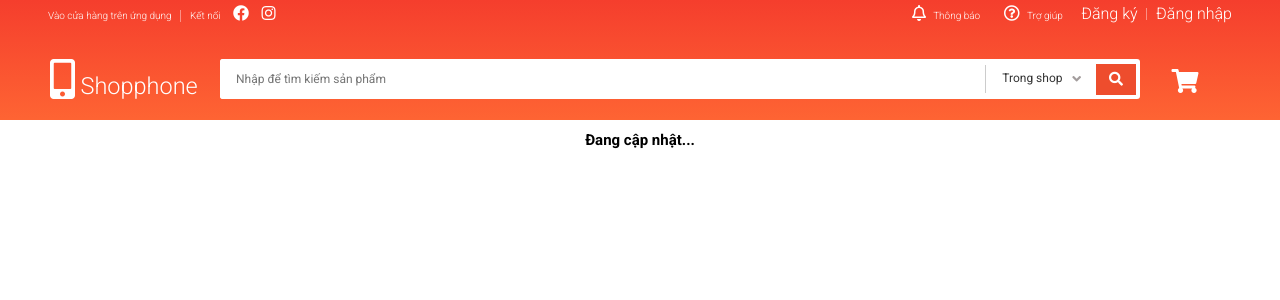
Repository: nguyenvanbinh2909/binhnguyen.github.io
Page: gioithieu.html
An editor plug-in stored every save of this project. The page is shown before and after the next save, followed by the edit.
The browser window is 1280 px wide. The pictures show the whole page.

Above is the page before, as saved 2022-02-23 03:49:08.

### gioithieu.html
<!DOCTYPE html>
<html lang="en">

<head>
    <meta charset="UTF-8">
    <meta http-equiv="X-UA-Compatible" content="IE=edge">
    <meta name="viewport" content="width=device-width, initial-scale=1.0">
    <title>Document</title>
    <link rel="stylesheet" href="https://cdnjs.cloudflare.com/ajax/libs/normalize/8.0.1/normalize.min.css">
    <link href="https://fonts.googleapis.com/css2?family=Roboto:wght@300;400;500;700&display=swap" rel="stylesheet">
    <link rel="stylesheet" href="../fonts/fontawesome-free-5.15.4/fontawesome-free-5.15.4-web/css/all.min.css">
    <link rel="stylesheet" href="../css/base.css">
    <link rel="stylesheet" href="../css/main.css">
</head>
<body>
    <div class="app">
        <header class="header">
            <!--phần đc côi là block-->
            <div class="grid">
                <nav class="header__navbar">
                    <!--phần này đc côi là element đc biểu thị(__)-->
                    <ul class="header__navbar-list">
                        <!--header QR Code-->
                        <li class="header__navbar-item header__navbar-item--has--qr header__navbar-item--separate">
                            Vào cửa hàng trên ứng dụng
                            <div class="header__qr">
                                <img src="img/qacode.png" alt="" class="header__qr-img">
                                <div class="header__qr-apps">
                                    <a href="#" class="header__qr-link">
                                        <img src="img/gooleplay.png" alt=""
                                            class="header__qr-download-img">
                                    </a>
                                    <a href="#" class="header__qr-link">
                                        <img src="img/app.png" alt="App tore" class="header__qr-download-img">
                                    </a>
                                </div>
                            </div>
                        </li>
                        <li class="header__navbar-item">
                            <span class="header__navbar-title--no-pointer">Kết nối</span>
                            <a href="#" class="header__navbar-icon-link">
                                <i class="header__navbar-icon fab fa-facebook"></i>
                            </a>
                            <a href="#" class="header__navbar-icon-link">
                                <i class="header__navbar-icon fab fa-instagram"></i>
                            </a>
                        </li>
                    </ul>
                    <ul class="header__navbar-list">
                        <li class="header__navbar-item header__vavbar-item--has-notify">
                            <a href="#" class="header__navbar-item-link">
                                <i class="header__navbar-icon far fa-bell"></i>
                                Thông báo
                            </a>
                            <div class="header__notify">

                                <header class="header__notify-header">
                                    <!--<h3>Thông báo mới nhận</h3>-->
                                    <h3>Chưa có thông báo mới</h3>
                                </header>
                                <ul class="header__notify-list">
                                    <li class="header__notify-item-img header__notify-item--viewed">
                                        <img src="img/icon__thongbao-trong.png" class="header__notify-list-img">
                                    </li>
                                </ul>
                                <!--<ul class="header__notify-list">
                                    <li class="header__notify-item header__notify-item--viewed">
                                        <a href="#" class="header__notify-link">
                                            <img src="img/iphone-12-pro-max-128G.jpg" alt="" class="header__notify-img">
                                            <div class="header__notify-info">
                                                <span class="header__notify-name">Iphone 12 promax chính hãng</span>
                                                <span class="header__notify-descriotion">Mootar sản phẩm chính
                                                    hãng</span>
                                            </div>
                                        </a>
                                    </li>
                                    <li class="header__notify-item">
                                        <a href="#" class="header__notify-link">
                                            <img src="img/iphone-12-pro-max-trang-128G.jpg" alt=""
                                                class="header__notify-img">
                                            <div class="header__notify-info">
                                                <span class="header__notify-name">Xác thực Iphone 12 promax chính hãng
                                                    của công ty</span>
                                                <span class="header__notify-descriotion">Mô tả sản phẩm chính hãng của
                                                    công ty chúng tôi</span>
                                            </div>
                                        </a>
                                    </li>
                                </ul>
                                <footer class="header__notify-footer">
                                    <a href="#" class="header__notify-footer-btn">
                                        Xem tất cả
                                    </a>
                                </footer>-->
                            </div>
                        </li>
                        <li class="header__navbar-item">
                            <a href="#" class="header__navbar-item-link">
                                <i class="header__navbar-icon far fa-question-circle"></i>
                                Trợ giúp
                            </a>
                        </li>
                            <li class="header__navbar-item header__navbar-item--strong header__navbar-item--separate">
                                <a href="../assets/all_pages/dangky.html"> Đăng ký</a>
                            </li>
                            <li class="header__navbar-item header__navbar-item--strong">
                                <a href="../assets/all_pages/dangnhap.html">Đăng nhập</a>
                            </li>
                        <!--<li class="header__navbar-item header__navbar-user">
                            <i class="header__navbar-user-img fas fa-user-circle"></i>
                            <span class="header__navbar-user-name">Đặng Văn Tốt</span>
                            <ul class="header__navbar-user-menu">
                                <li class="header__navbar-user-item">
                                    <a href="" class="">Tài khoản của tôi</a>
                                </li>
                                <li class="header__navbar-user-item">
                                    <a href="" class="">Địa chỉ của tôi</a>
                                </li>
                                <li class="header__navbar-user-item">
                                    <a href="" class="">Đơn mua</a>
                                </li>
                                <li class="header__navbar-user-item header__navbar-user-item--separate">
                                    <a href="" class="">Đăng xuất</a>
                                </li>
                            </ul>
                        </li>-->
                    </ul>
                </nav>
                <!-- header wth search -->
                <div class="header-with-search">
                    <div class="header__logo">
                        <a href="index.html" class="header__logo-img">
                            <i class="header__logo-icon fas fa-mobile-alt"></i>
                            <span class="header__font">Shopphone</span>
                        </a>
                    </div>
                    <div class="header__search">
                        <div class="header__search-input-wrap">
                            <input type="text" class="header__search-input" placeholder="Nhập để tìm kiếm sản phẩm">
                            <!-- search history -->
                            <div class="header__search-history">
                                <h3 class="header__search-history-heading">Lịch sử tìm kiếm</h3>
                                <ul class="header__search-history-list">
                                    <li class="header__search-history-item">
                                        <a href="#">Iphone 12 pr</a>
                                    </li>
                                    <li class="header__search-history-item">
                                        <a href="#">Iphone 13 pr</a>
                                    </li>
                                    <li class="header__search-history-item">
                                        <a href="#">Iphone 13 pr max</a>
                                    </li>
                                </ul>
                            </div>
                        </div>
                        <div class="header__search-select">
                            <span class="header__search-select-label">Trong shop</span>
                            <i class="header__search-select-icon fas fa-angle-down"></i>
                            <ul class="header__search-option">
                                <li class="header__search-option-item header__search-option-item-active">
                                    <span>Trong shop</span>
                                    <i class="fas fa-check"></i>
                                </li>
                                <li class="header__search-option-item">
                                    <span>Ngoài shop</span>
                                    <i class="fas fa-check"></i>
                                </li>
                            </ul>
                        </div>
                        <button class="header__search-btn">
                            <i class="header__search-btn-icon fas fa-search"></i>
                        </button>
                    </div>
                    <!-- cart layout -->
                    <div class="header__cart">
                        <div class="header__cart-wrap">
                            <i class="header__cart-icon fas fa-shopping-cart"></i>
                            <!--<span class="header__cart-notice">
                                2
                            </span>-->
                            <!-- No: cart dành cho khi không có sản phẩm thì để trong div dưới nay : -->

                            <div class="header__cart-list header__cart-list--no--cart">
                                <img src="./img/icon__giohang-trong.png" alt="" class="header__cart-no-cart-img">
                                <span class="header__cart-list-no-cart-msg">
                                    Chưa có sản phẩm
                                </span>

                                <!--Cart item
                                <h4 class="header__cart-heading">Sản phẩm đã thêm</h4>
                                <--<ul class="header__cart-list-item">
                                    <li class="header__cart-item">
                                        <img src="./img/iphone-12-pro-max-128G.jpg" alt="" class="header__cart-img">
                                        <div class="header__cart-item-info">
                                            <div class="header__cart-item-head">
                                                <h5 class="header__cart-item-name">iphone-12-pro-max-128G</h5>
                                                <div class="header__cart-item-price-wrap">
                                                    <span class="header__cart-item-price">25.000.000đ</span>
                                                    <span class="header__cart-item-multipfy">
                                                        x
                                                    </span>
                                                    <span class="header__cart-item-qnt">
                                                        2
                                                    </span>
                                                </div>
                                            </div>
                                            <div class="header__cart-item-body">
                                                <span class="header__cart-item-description">
                                                    Phân loại màu: Xám
                                                </span>
                                                <span class="header__cart-item-remove">
                                                    Xóa
                                                </span>
                                            </div>
                                        </div>
                                    </li>
                                    <li class="header__cart-item">
                                        <img src="./img/iphone-12-pro-max-trang-128G.jpg" alt=""
                                            class="header__cart-img">
                                        <div class="header__cart-item-info">
                                            <div class="header__cart-item-head">
                                                <h5 class="header__cart-item-name">iphone-12-pro-max-128G</h5>
                                                <div class="header__cart-item-price-wrap">
                                                    <span class="header__cart-item-price">27.000.000đ</span>
                                                    <span class="header__cart-item-multipfy">
                                                        x
                                                    </span>
                                                    <span class="header__cart-item-qnt">
                                                        2
                                                    </span>
                                                </div>
                                            </div>
                                            <div class="header__cart-item-body">
                                                <span class="header__cart-item-description">
                                                    Phân loại màu: Trắng
                                                </span>
                                                <span class="header__cart-item-remove">
                                                    Xóa
                                                </span>
                                            </div>
                                        </div>
                                    </li>
                                </ul>
                                <a href="" class="header__cart-view-cart btn btn--primary">Xem giỏ hàng</a>
                            </div>-->
                        </div>
                    </div>
                </div>
            </div>
        </header>
        <h2 style="text-align: center;">Đang cập nhật...</h2>
    </div>
</body>
</html>

### css/base.css
:root {
  /*nơi khai báo biến để nữa gọi mã màu bên kia cho nhanh*/
  --white-color: #fff;
  --black-color: #000;
  --text-color: #333;
  --primary-color: #ee4d2d;
  --border-color: #dbdbdb;
  --star-color: #ffce3e;

  --header-height: 120px;
  --navbar-height: 34px;
  --header-with-search-height: calc(
    var(--header-height) - var(--navbar-height)
  );
}
* {
  box-sizing: inherit;
}
html {
  font-size: 62.5%;
  line-height: 1.6rem;
  font-family: "Roboto", sans-serif; /* sans-serif: là tập hợp các chữ không chân.*/
  box-sizing: border-box;
}
/*---------- Responsive --------*/
.grid {
  width: 1200px;
  max-width: 100%;
  margin: 0 auto;
}
.grid__full-width {
  width: 100%;
}
.grid__row {
  display: flex;
  flex-wrap: wrap;
  margin-left: -5px;
  margin-right: -5px;
  padding-bottom: 20px;
}
/* -------Test----- */
.grid__column-2 {
  padding-left: 5px;
  padding-right: 5px;
  width: 13.6667%;
}
.grid__column-10 {
  padding-left: 5px;
  padding-right: 5px;
  width: 86.3334%;
}
.grid__column-2-4 {
  padding-left: 5px;
  padding-right: 5px;
  width: 20%;
}

/*Animation*/
@keyframes fadeIn {
  from {
    opacity: 0;
  }
  to {
    opacity: 1;
  }
}
@keyframes growth {
  from {
    opacity: 0;
    transform: scale(var(--growth-from));
  }
  to {
    opacity: 1;
    transform: scale(var(--growth-to));
  }
}
/*modal*/
.modal {
  position: fixed;

  top: 0;
  right: 0;
  bottom: 0;
  left: 0;
  display: flex;
  animation: fadeIn linear 0.1s;
  text-align: center;
}
.modal__overlay {
  position: absolute;
  width: 100%;
  height: 100%;
  text-align: center;
  background-color: rgba(62, 59, 59, 0.4);
  display: none; /*xóa phần này sẽ hiện lại */
}
.modal__body {
  text-align: center;
}
.modal__body {
  --growth-from: 0.7; /*đặt biến cho hiện khung login, đầu tiên là duy chuyển từ kích thước 70% cho tới kích thương nguyên vẹn của nó là */
  --growth-to: 1;
  margin: auto;
  z-index: 1; /*tạo cho lớp này nằm trên lớp như đc ưu tiên*/
  position: relative; /*cho nằm trên thân dưới*/
  animation: growth linear 0.1s; /*animation: kiểu xuất hiện, linear:là kiểu diểu dần lên*/
  /*display: none; /*xóa phần này sẽ hiện lại khung đk, dn*/
}
/*-----Buttom style-----*/
.btn {
  min-width: 112px;
  height: 34px;
  text-decoration: none;
  border: none;
  border-radius: 4px;
  font-size: 1.5rem;
  padding: 0 12px;
  outline: none;
  cursor: pointer;
  color: var(--text-color);
  display: inline-flex; /*inline:nằm ngang*/
  align-items: center;
  justify-content: center;
}
.btn.btn--normal:hover {
  background-color: rgba(0, 0, 0, 0.2);
}
.btn.btn--size-s {
  height: 32px;
  font-size: 12px;
  padding: 0 8px;
}
.btn.btn--primary {
  color: var(--white-color);
  background-color: var(--primary-color);
}
/* dành cho vô hiệu hóa một nút nào đó
.btn.btn--disabled {
  color: rgb(172, 171, 171);
  cursor: default;
  background-color: rgb(155, 151, 151);
}*/

/* ----------Selection--------- */
.select-input {
  position: relative;
  height: 34px;
  min-width: 150px;
  padding: 0 12px;
  border-radius: 2px;
  background-color: var(--white-color);
  display: flex;
  align-items: center;
  justify-content: space-between;
  box-shadow: 0 5px 5px rgb(206, 203, 203); /*tạo độ đậm nhạt cho viền khung: 0:tạo bóng hiện bên trái, 1px:tạo bóng hiện bên dưới khung*/
}
.select-input__label {
  font-size: 1.2rem;
}
.select-input__icon {
  font-size: 1.4rem;
  color: #a7a4a4;
  position: relative;
  top: 1px;
}
.select-input:hover .select-input__list {
  display: block;
}
.select-input__list {
  position: absolute;
  left: 0;
  right: 0;
  top: 25px;
  border-radius: 2px;
  background-color: var(--white-color);
  padding: 8px 14px;
  list-style: none; /*mất dấu chấm của thẻ ul*/
  display: none;
  z-index: 1;
}
.select-input__item {
}
.select-input__link {
  display: block;
  padding: 6px 0;
  font-size: 1.2rem;
  color: var(--text-color);
  text-decoration: none;
}
.select-input__link:hover {
  color: var(--primary-color);
}

/* ----------pagination--------- */
.pagination {
  display: flex;
  align-items: center;
  justify-content: center;
  list-style: none;
}

.pagination-item {
  margin: 0 8px;
}
.pagination-item--active .pagination-item__link {
  color: var(--white-color);
  background-color: var(--primary-color);
}
.pagination-item--active .pagination-item__link:hover {
  background-color: #eb6c52;
}
.pagination-item__link {
  --height: 30px;
  display: block; /* có này ms đặt đc chiều ngang*/
  font-weight: 400;
  text-decoration: none;
  font-size: 1.6rem;
  color: #939393;
  min-width: 40px;
  height: var(--height);
  line-height: var(--height);
  text-align: center;
  border-radius: 3px;
}

Loaded but not shown: fonts/fontawesome-free-5.15.4/fontawesome-free-5.15.4-web/css/all.min.css (library); css/main.css (1202 lines, source omitted)

After the next save:
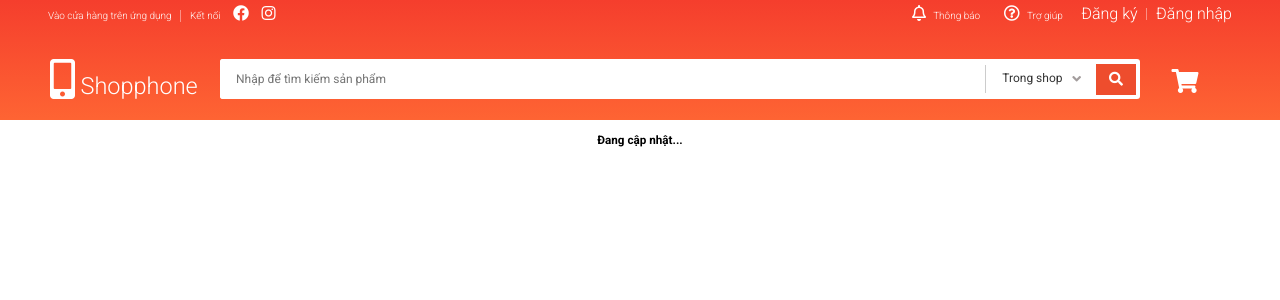
Saved 8 s later.
--- a/gioithieu.html
+++ b/gioithieu.html
@@ -248,7 +248,7 @@
                 </div>
             </div>
         </header>
-        <h2 style="text-align: center;">Đang cập nhật...</h2>
+        <h3 style="text-align: center;">Đang cập nhật...</h3>
     </div>
 </body>
 </html>
